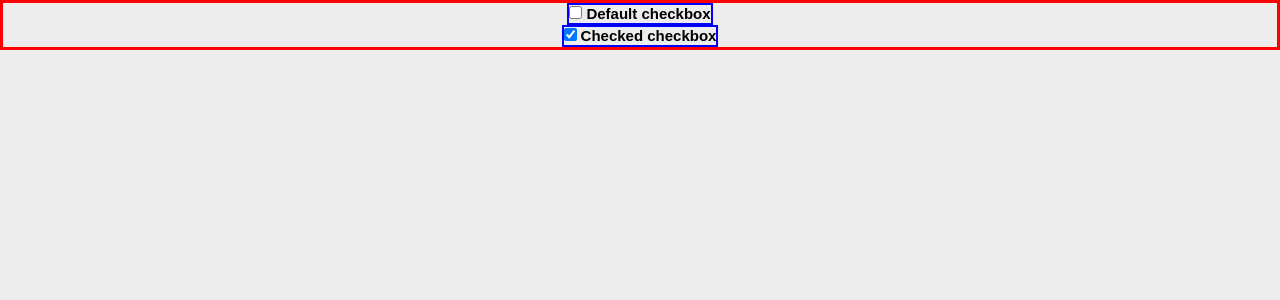
Repository: Grace229/Hasob-form
Page: index.html
The author's editor kept a copy of each file at every save. The page is drawn from the files as they stood at one save, then again after the next save.
The browser window is 1280 px wide. The pictures show the whole page.

Above is the page before, as saved 2020-12-26 19:34:23.

### index.html
<!DOCTYPE html>
<html lang="en">
<head>
    <meta charset="UTF-8">
    <meta name="viewport" content="width=device-width, initial-scale=1.0">
    <title>Document</title>
    <link rel="stylesheet" href="style.css">
</head>
<body>
    <!-- Default checkbox -->
    <div class="container">
<div class="form-check">
    <input
      class="form-check-input"
      type="checkbox"
      value=""
      id="flexCheckDefault"
    />
    <label class="form-check-label" for="flexCheckDefault">
      Default checkbox
    </label>
  </div>

  <!-- Checked checkbox -->
  <div class="form-check">
    <input
      class="form-check-input"
      type="checkbox"
      value=""
      id="flexCheckChecked"
      checked
    />
    <label class="form-check-label" for="flexCheckChecked">
      Checked checkbox
    </label>
  </div>
</div>
    <!-- <div class="container">
    <div class="mb-3">
        <label for="exampleFormControlInput1" class="form-label">Email address</label>
        <input type="email" class="form-control" id="exampleFormControlInput1" placeholder="name@example.com">
      </div>
      <div class="mb-3">
        <label for="exampleFormControlTextarea1" class="form-label">Example textarea</label>
        <textarea class="form-control" id="exampleFormControlTextarea1" rows="3"></textarea>
      </div>
    </div> -->
    <!-- <form> -->
        <!-- radio button -->
        <!-- <div>
            <label for="">1: Lorem ipsum dolor sit amet consectetur adipisicing elit? </label> <br>
                <input type="radio" name="gender" value="male" class="input" checked> male
                <input type="radio" name="gender" value="male" class="input"> male
                <input type="radio" name="gender" value="male" class="input"> male
                <input type="radio" name="gender" value="male" class="input"> male
        </div> -->
        <!-- dropdown -->
        <!-- <div>
            <label for="">2: Lorem ipsum dolor sit amet consectetur adipisicing elit? </label><br>
               <select name="" id="">
                   <option value="male" class="input">
                    male
                   </option>
                   <option value="male" class="input">
                    male
                   </option>
                   <option value="male" class="input">
                    male
                   </option>
                   <option value="male" class="input">
                    male
                   </option>
               </select>
        </div> -->
        <!-- checkboxes -->
          <!-- <div>
            <label for="">3: Lorem ipsum dolor sit amet consectetur adipisicing elit? </label><br>
               <input type="checkbox" name="gender" value="male" class="input" checked> male
                <input type="checkbox" name="gender" value="male" class="input"> male
                <input type="checkbox" name="gender" value="male" class="input"> male
                <input type="checkbox" name="gender" value="male" class="input"> male
        </div> -->
        <!-- textbox -->
        <!-- <div>
            <label for=""> 4: Email</label> <br>
            <input type="email" name="email" id="">
        </div>
   </form> -->
</body>
</html>

### style.css
*{
    padding: 0;
    margin: 0;
    background-color: rgb(237, 237, 238);
}
label{
    font-size: 15px;
    font-weight: bold;
    font-family: sans-serif;
}
input{
    line-height: 3px;
}
.form-check{
    border: solid 2px blue;
    width: fit-content;
}
.container{
    border: solid 3px red;
    justify-items: center;
}

After the next save:
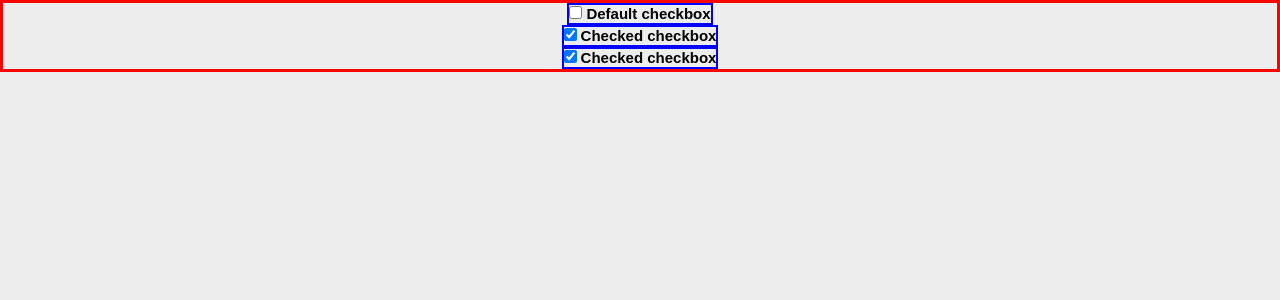
Saved 92 s later.
--- a/index.html
+++ b/index.html
@@ -21,6 +21,19 @@
     </label>
   </div>
 
+  <!-- Checked checkbox -->
+  <div class="form-check">
+    <input
+      class="form-check-input"
+      type="checkbox"
+      value=""
+      id="flexCheckChecked"
+      checked
+    />
+    <label class="form-check-label" for="flexCheckChecked">
+      Checked checkbox
+    </label>
+  </div>
   <!-- Checked checkbox -->
   <div class="form-check">
     <input
